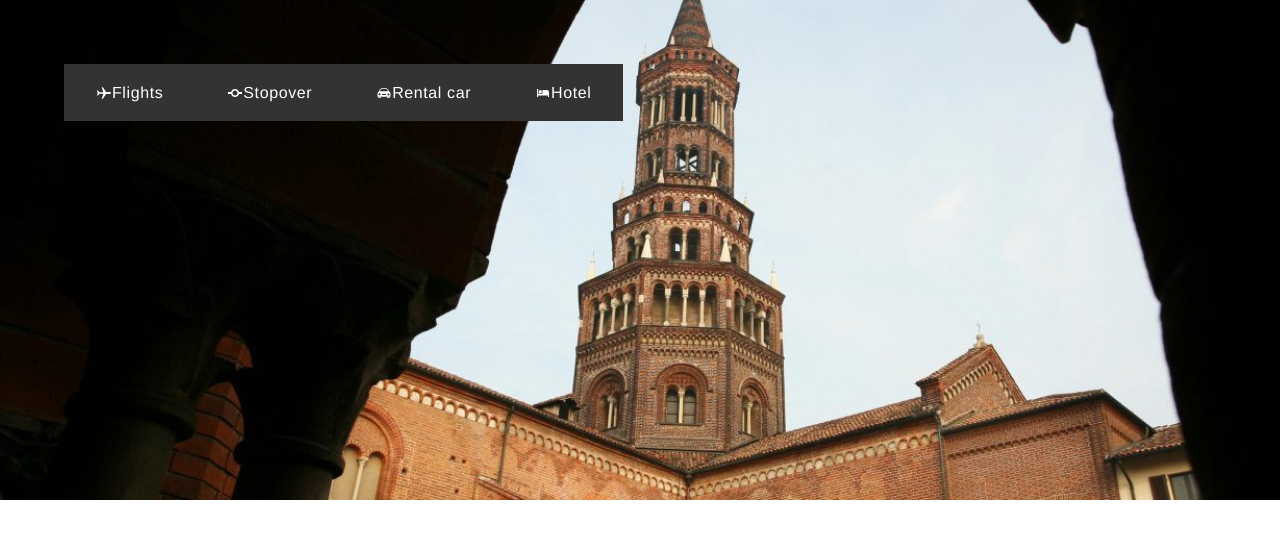
Repository: guidogr95/Everymundo-Excercise
Page: /
These files come from the project's save history. The page is drawn as it stood at one moment and after the next save; the edit follows.
The browser window is 1280 px wide. The pictures show the whole page.
The project was rebuilt for these pictures with package versions that can differ from the ones it lists, and the page was loaded fresh each time.

Above is the page before, as saved 2021-06-30 21:14:56.

### src/App.js
import 'antd/dist/antd.css';
import './app.scss';
// components
import BookingMask from 'src/components/BookingMask'

function App() {
  return (
    <div className="App">
      <div className="flightmanager-container container" >
        <BookingMask />
      </div>
    </div>
  );
}

export default App;

### src/app.scss
@import 'styles/global';

.App {
  .container {
    width: $desktop-maxwidth;
    max-width: 100%;
  }
  .flightmanager-container {
    background: url('./assets/images/bg.jpg');
    background-size: cover;
    background-position: center;
    min-height: 500px;
    margin: auto;
    padding: 4rem;
  }
}

### src/components/BookingMask/index.jsx
import React from 'react'
// styles
import './bookingmask.scss'
// assets
import { IoIosAirplane, IoMdGitCommit, IoIosCar, IoMdBed } from 'react-icons/io'
// components
// import Empty from 'empty'

const BookingMask = () => {
  const tabs = [
    {
      name: 'Flights',
      icon: <IoIosAirplane />,
      // component: <Empty />
    },
    {
      name: 'Stopover',
      icon: <IoMdGitCommit />,
      // component: <Empty />
    },
    {
      name: 'Rental car',
      icon: <IoIosCar />,
      // component: <Empty />
    },
    {
      name: 'Hotel',
      icon: <IoMdBed />,
      // component: <Empty />
    }
  ]
  return (
    <section className="bookingmask" >
      <ul className="bookingmask__nav" >
        {tabs.map(tab =>
          <button>
            {tab.icon}<span>{tab.name}</span>
          </button>
        )}
      </ul>
    </section>
  )
}

export default BookingMask

### src/styles/_global.scss
@import 'variables';
@import 'mixins';

html,
body {
  position: relative;
  padding: 0;
  margin: 0;
  font-family: $font-family;
  -webkit-text-size-adjust: 100%;
  -webkit-font-smoothing: auto;
  -moz-font-smoothing: auto;
  -moz-osx-font-smoothing: auto;
}
* {
  box-sizing: border-box;
}
ul {
  margin: 0;
  padding: 0;
}
button {
  border: none;
  cursor: pointer;
}

### src/styles/_variables.scss
// measurements
$desktop-maxwidth: 90rem;
// colors
$color-red: #c00;
$color-gray: #333333;
$color-white: #fff;
// fonts
// font-family
$font-family: SwissText,Helvetica,Arial,sans-serif,LufthansaMamSymbolText;
// font-weight
$font-weight-medium: 700;
$font-weight-small: 300;
// font-size
$font-size-normal: 1rem;
// line height
$line-height-medium: 2.2rem;
// letter spacing
$letter-spacing-small: .6px;

### src/styles/_mixins.scss
// MIXINS
@mixin breakpoint($point) {
  @media (max-width: $point) {
    @content;
  }
}

### src/components/BookingMask/bookingmask.scss
@import '/src/styles/variables';
.bookingmask {
  &__nav {
    list-style: none;
    button {
      color: $color-white;
      background: $color-gray;
      padding: 1rem 2rem;
      display: inline-flex;
      align-items: center;
      font-size: $font-size-normal;
      font-weight: $font-weight-small;
      letter-spacing: $letter-spacing-small;
    }
  }
}

Loaded but not shown: public/index.html (common file); src/index.js (common file); src/reportWebVitals.js (common file)

After the next save:
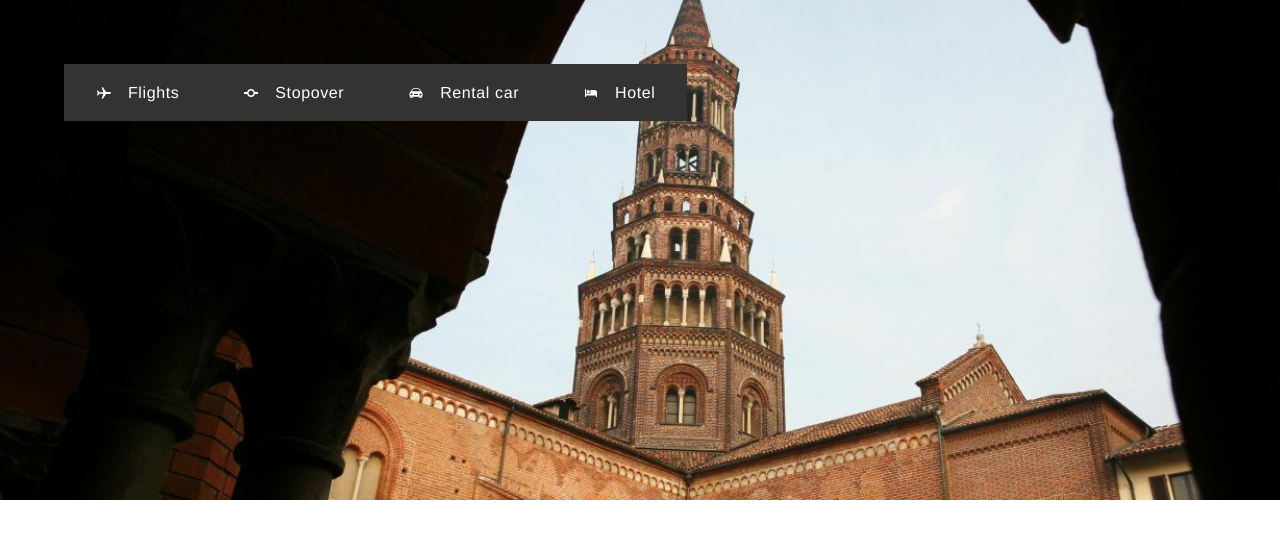
Saved 47 s later.
--- a/src/components/BookingMask/bookingmask.scss
+++ b/src/components/BookingMask/bookingmask.scss
@@ -11,6 +11,9 @@
       font-size: $font-size-normal;
       font-weight: $font-weight-small;
       letter-spacing: $letter-spacing-small;
+      svg {
+        margin-right: 1rem;
+      }
     }
   }
 }
